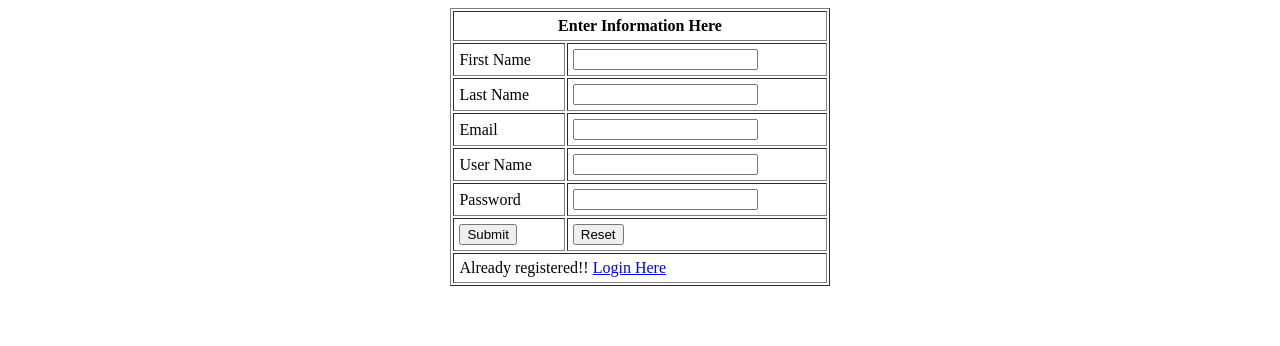
Repository: mike7544/workspace
Page: http://localhost/MikeGames/signup.jsp
These files come from the project's save history. The page is drawn as it stood at one moment and after the next save; the edit follows.
The browser window is 1280 px wide. The pictures show the whole page.
The page is served by Tomcat 9. Other server files are loaded and not shown.

Above is the page before, as saved 2015-06-23 02:54:28.

### MikeGames/WebContent/signup.jsp
<%@ page language="java" contentType="text/html; charset=UTF-8"
	pageEncoding="UTF-8"%>
<!DOCTYPE html PUBLIC "-//W3C//DTD HTML 4.01 Transitional//EN" "http://www.w3.org/TR/html4/loose.dtd">
<html>
<head>
<meta http-equiv="Content-Type" content="text/html; charset=UTF-8">
<title>Registration</title>
</head>
<body>
	<form method="post" action="process_signup.jsp">
		<center>
			<table border="1" width="30%" cellpadding="5">
				<thead>
					<tr>
						<th colspan="2">Enter Information Here</th>
					</tr>
				</thead>
				<tbody>
					<tr>
						<td>First Name</td>
						<td><input type="text" name="first_name" required/></td>
					</tr>
					<tr>
						<td>Last Name</td>
						<td><input type="text" name="last_name" value="" /></td>
					</tr>
					<tr>
						<td>Email</td>
						<td><input type="text" name="email" value="" /></td>
					</tr>
					<tr>
						<td>User Name</td>
						<td><input type="text" name="user_name" value="" /></td>
					</tr>
					<tr>
						<td>Password</td>
						<td><input type="text" name="password" value="" /></td>
					</tr>
					<tr>
						<td><input type="submit" value="Submit" /></td>
						<td><input type="reset" value="Reset" /></td>
					</tr>
					<tr>
						<td colspan="2">Already registered!! <a href="login.jsp">Login Here</a></td>
					</tr>
				</tbody>
			</table>
		</center>
	</form>
</body>
</html>

After the next save:
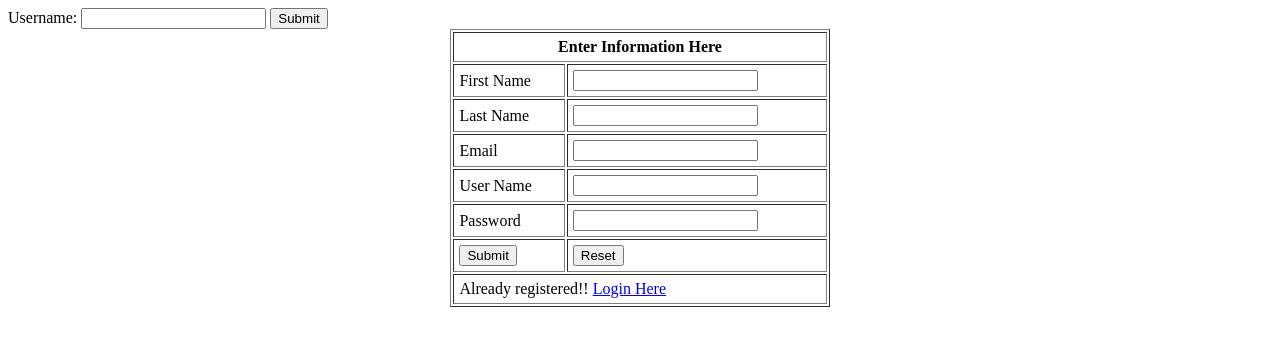
Saved 84 s later.
--- a/MikeGames/WebContent/signup.jsp
+++ b/MikeGames/WebContent/signup.jsp
@@ -7,6 +7,10 @@
 <title>Registration</title>
 </head>
 <body>
+<form action="demo_form.asp">
+  Username: <input type="text" name="usrname" required>
+  <input type="submit">
+</form>
 	<form method="post" action="process_signup.jsp">
 		<center>
 			<table border="1" width="30%" cellpadding="5">
@@ -18,7 +22,7 @@
 				<tbody>
 					<tr>
 						<td>First Name</td>
-						<td><input type="text" name="first_name" required/></td>
+						<td><input type="text" name="first_name" value=""/></td>
 					</tr>
 					<tr>
 						<td>Last Name</td>

After the save that followed:
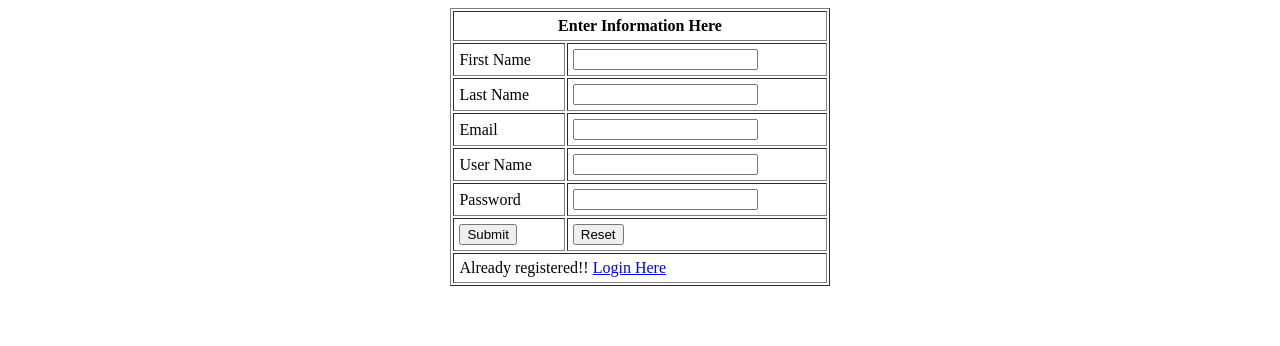
Saved 18 s later.
--- a/MikeGames/WebContent/signup.jsp
+++ b/MikeGames/WebContent/signup.jsp
@@ -7,10 +7,7 @@
 <title>Registration</title>
 </head>
 <body>
-<form action="demo_form.asp">
-  Username: <input type="text" name="usrname" required>
-  <input type="submit">
-</form>
+
 	<form method="post" action="process_signup.jsp">
 		<center>
 			<table border="1" width="30%" cellpadding="5">
